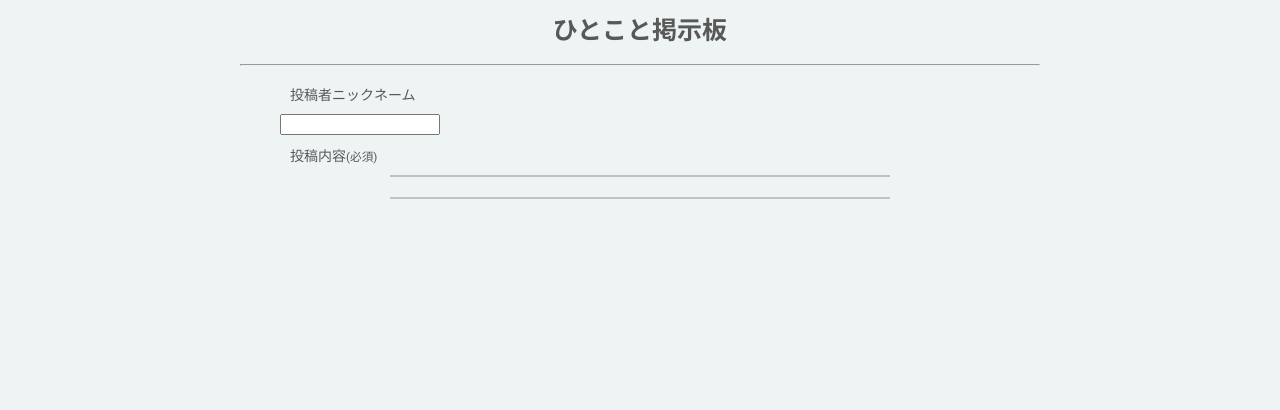
Repository: F-ksk/bulletin-board
Page: http://localhost/
These files come from the project's save history. The page is drawn as it stood at one moment and after the next save; the edit follows.
The browser window is 1280 px wide. The pictures show the whole page.
The page is run by PHP 8.4 with error messages shown; the project is at /var/www/html/.

Above is the page before, as saved 2023-07-11 20:35:06.

### public/index.php
<!DOCTYPE html>
<html>

<head>
  <meta charset="UTF-8">
  <meta http-equiv="X-UA-Compatible" content="ie=edge">
  <meta name="viewport" content="width=device-width, initial-scale=1.0">
  <meta name="robots" content="noindex" />
  <title>ひとこと掲示板</title>
  <link rel="stylesheet" href="./assets/main.css" />
</head>

<body>
  <div class="page-cover">
    <p class="page-title">ひとこと掲示板</p>
    <hr class="page-driver" />
    <div class="form-cover">
        <!-- 投稿内容入力フォーム -->
      <form action="/" method="post">
        <div class="form-input-title">投稿者ニックネーム</div>
        <input type="text" name="author-name" maxlength="40" value="" class="input-autor-name" />
        <div class="form-input-error"></div>
        <div class="form-input-title">投稿内容<small>(必須)</small></div>

      </form>
    </div>
    <hr class="page-divider" />
      <div class="message-list-cover">
        <!-- この中に投稿された内容のリストを表示 -->
      </div>
    <hr class="page-divider" />
  </div>
</body>

</html>

### public/assets/main.css
@charset "utf-8";
@import url(https://fonts.googleapis.com/css2?family=Roboto:wght@100;300;400;500;700;900&display=swap);
@import url(https://fonts.googleapis.com/css2?family=Noto+Sans+JP:wght@300;400;500;700;900&display=swap);

/* ===== BASIC BEGIN ===== */
html,
body {
  background-color: #eef3f4;
  font-family: Roboto, 'Noto Sans JP', sans-serif;
  color: #585858;
  margin: 0;
  padding: 0;
}
a {
  color: #3280e7;
  text-decoration: none;
}
a:hover {
  text-decoration: underline;
}
button,
input,
textarea {
  font-family: inherit;
  box-sizing: border-box;
}
button {
  background-color: initial;
  border: initial;
  cursor: pointer;
  outline: initial;
  padding: initial;
  appearance: initial;
  -webkit-appearance: none;
  border-radius: initial;
  font-size: inherit;
}
p {
  margin: 0;
  padding: 0;
}
/* ===== BASIC END ===== */

/* ===== PAGE PARTS BEGIN ===== */
.page-cover {
  max-width: 800px;
  margin: 0 auto;
}
.page-title {
  text-align: center;
  padding: 10px 0;
  margin: 0 auto;
  font-weight: bold;
  font-size: 25px;
}
.page-divider {
  width: 80%;
  max-width: 500px;
  margin: 0 auto 20px auto;
  height: 2px;
  background-color: rgba(0, 0, 0, 0.2);
  border: none;
}
/* ===== PAGE PARTS END ===== */

/* ===== NOTIFICATION AREA BEGIN ===== */
.action-success-area {
  width: max-content;
  margin: 10px auto;
  padding: 5px 15px;
  color: #388e3c;
  border: solid 2px #388e3c;
  border-radius: 4px;
}
.action-failed-area {
  width: max-content;
  margin: 10px auto;
  padding: 5px 15px;
  color: #bb1850;
  border: solid 2px #bb1850;
  border-radius: 4px;
}
/* ===== NOTIFICATION AREA END ===== */

/* ===== NEW MESSAGE FORM AREA BEGIN ===== */
.form-cover {
  margin: 0 auto;
  width: 90%;
}
.form-input-title {
  font-size: 0.875rem;
  padding: 10px;
}
.form-input-error {
  color: #bb1850;
  font-size: 0.875rem;
  padding: 0 10px;
}
.input-author-name {
  font-size: 16px;
  width: 100%;
  height: 2em;
  border: 1px solid rgba(236, 234, 234, 0.5);
  border-radius: 5px;
  box-sizing: border-box;
}
.input-message {
  font-size: 16px;
  width: 100%;
  border: 1px solid rgba(236, 234, 234, 0.5);
  border-radius: 5px;
  height: 100px;
  width: 100%;
  box-sizing: border-box;
  resize: vertical;
  min-height: 100px;
  max-height: 500px;
}
.input-submit-button {
  background-color: #333333;
  border: 2px solid #333333;
  color: #ffffff;
  margin: 15px auto;
  padding: 5px;
  display: block;
  border-radius: 5px;
  width: 100%;
  max-width: 200px;
}
.input-submit-button:hover {
  background-color: #ffffff;
  border: 2px solid #59b1eb;
  color: #59b1eb;
}
/* ===== NEW MESSAGE FORM AREA END ===== */

/* ===== MESSAGE LIST AREA BEGIN ===== */
.message-list-cover {
  margin: 0 auto;
  width: 90%;
}
.message-item {
  background-color: #ffffff;
  margin-bottom: 16px;
  padding: 8px 16px;
  overflow-wrap: break-word;
  border-radius: 4px;
}
.message-title {
  display: flex;
  flex-direction: column;
  gap: 0 10px;
  border-bottom: 1px solid rgba(0, 0, 0, 0.1);
  margin-bottom: 4px;
}
.message-title .spacer {
  flex-grow: 1;
}
@media screen and (min-width: 500px) {
  .message-title {
    flex-direction: row;
    align-items: end;
  }
}
.message-line {
  min-height: 1em;
}
.message-delete-button {
  color: #3280e7;
  min-width: max-content;
}
.message-delete-button:hover {
  text-decoration: underline;
}
/* ===== MESSAGE LIST AREA END ===== */

After the next save:
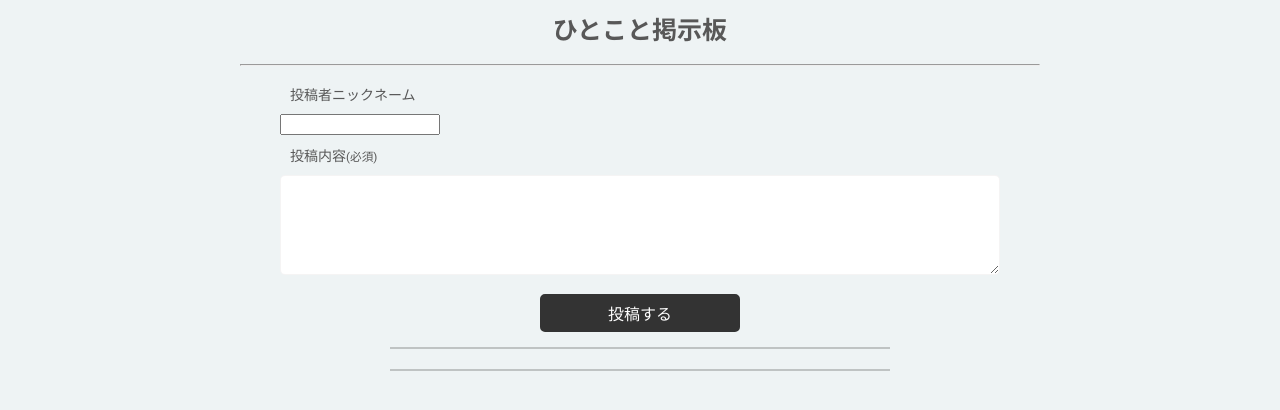
Saved 19 min 40 s later.
--- a/public/index.php
+++ b/public/index.php
@@ -21,7 +21,10 @@
         <input type="text" name="author-name" maxlength="40" value="" class="input-autor-name" />
         <div class="form-input-error"></div>
         <div class="form-input-title">投稿内容<small>(必須)</small></div>
-
+        <textarea name="message" class="input-message"></textarea>
+        <div class="form-input-error"></div>
+        <input type="hidden" name="action_type" value="insert" />
+        <button type="submit" class="input-submit-button">投稿する</button>
       </form>
     </div>
     <hr class="page-divider" />
